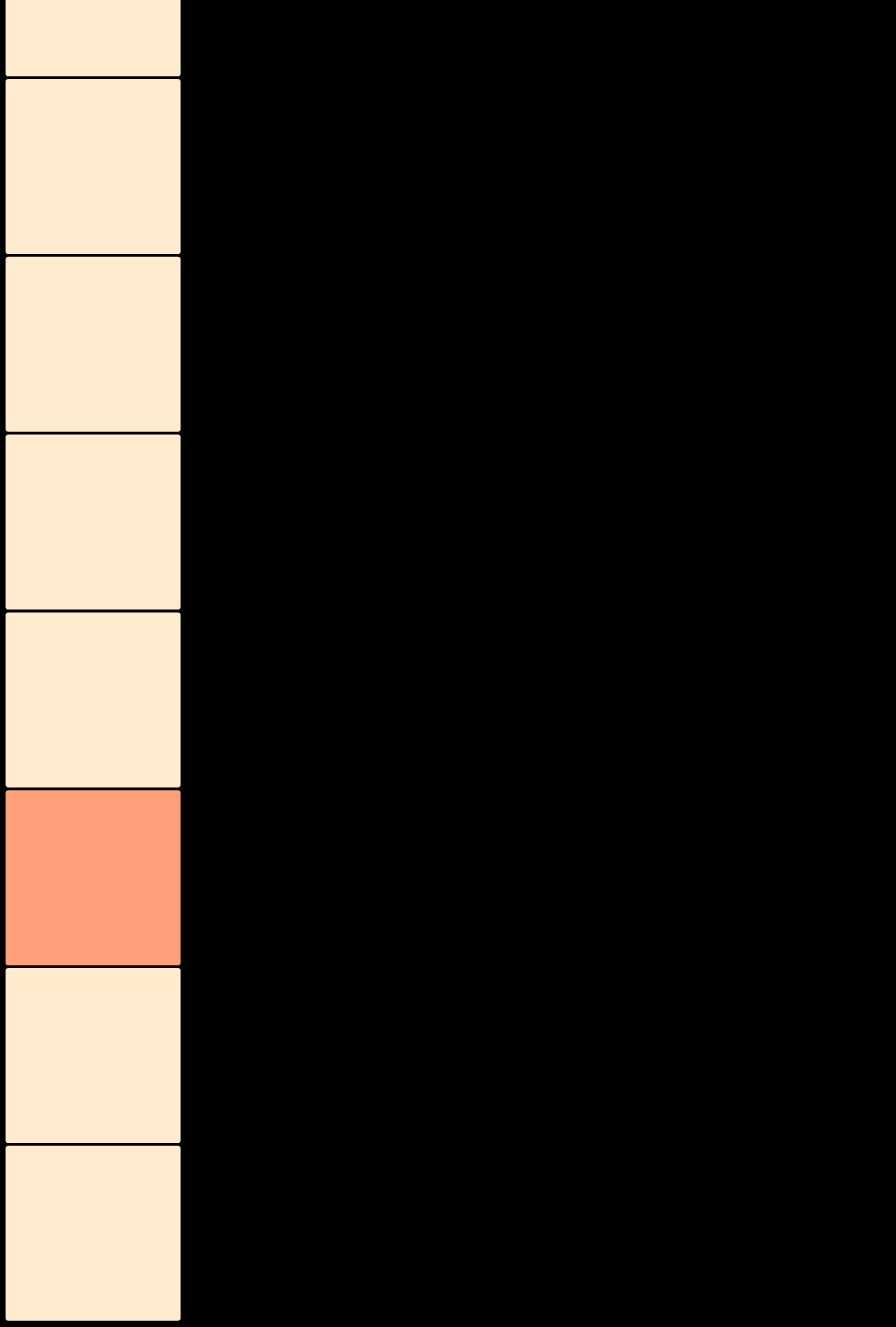
Repository: ggandory/browser101
Page: chapter2/window-coordinates.html
The author's editor kept a copy of each file at every save. The page is drawn from the files as they stood at one save, then again after the next save.
The browser window is 1280 px wide. The pictures show the part of the page from y = 657 to 2577 px (the page is 2552 px tall before and 2577 px after), at 70% of full size.

Above is the page before, as saved 2024-04-02 00:10:06.

### chapter2/window-coordinates.html
<!DOCTYPE html>
<html lang="en">
  <head>
    <meta charset="UTF-8" />
    <meta name="viewport" content="width=device-width, initial-scale=1.0" />
    <title>coordinates</title>
    <style>
      body {
        background-color: black;
        /*overflow: hidden;*/
      }
      div {
        width: 250px;
        height: 250px;
        background-color: blanchedalmond;
        margin-bottom: 4px;
        border-radius: 4px;
      }
      .special {
        background-color: lightsalmon;
      }
    </style>
  </head>
  <body>
    <div></div>
    <div></div>
    <div></div>
    <div></div>
    <div></div>
    <div></div>
    <div></div>
    <div class="special"></div>
    <div></div>
    <div></div>
  </body>
  <script>
    const special = document.querySelector(".special");
    special.addEventListener("click", (event) => {
      const rect = special.getBoundingClientRect();
      console.log(rect);
      console.log(`client: ${event.clientX}, ${event.clientY}`);
      console.log(`page: ${event.pageX}, ${event.pageY}`);
    });
  </script>
</html>

After the next save:
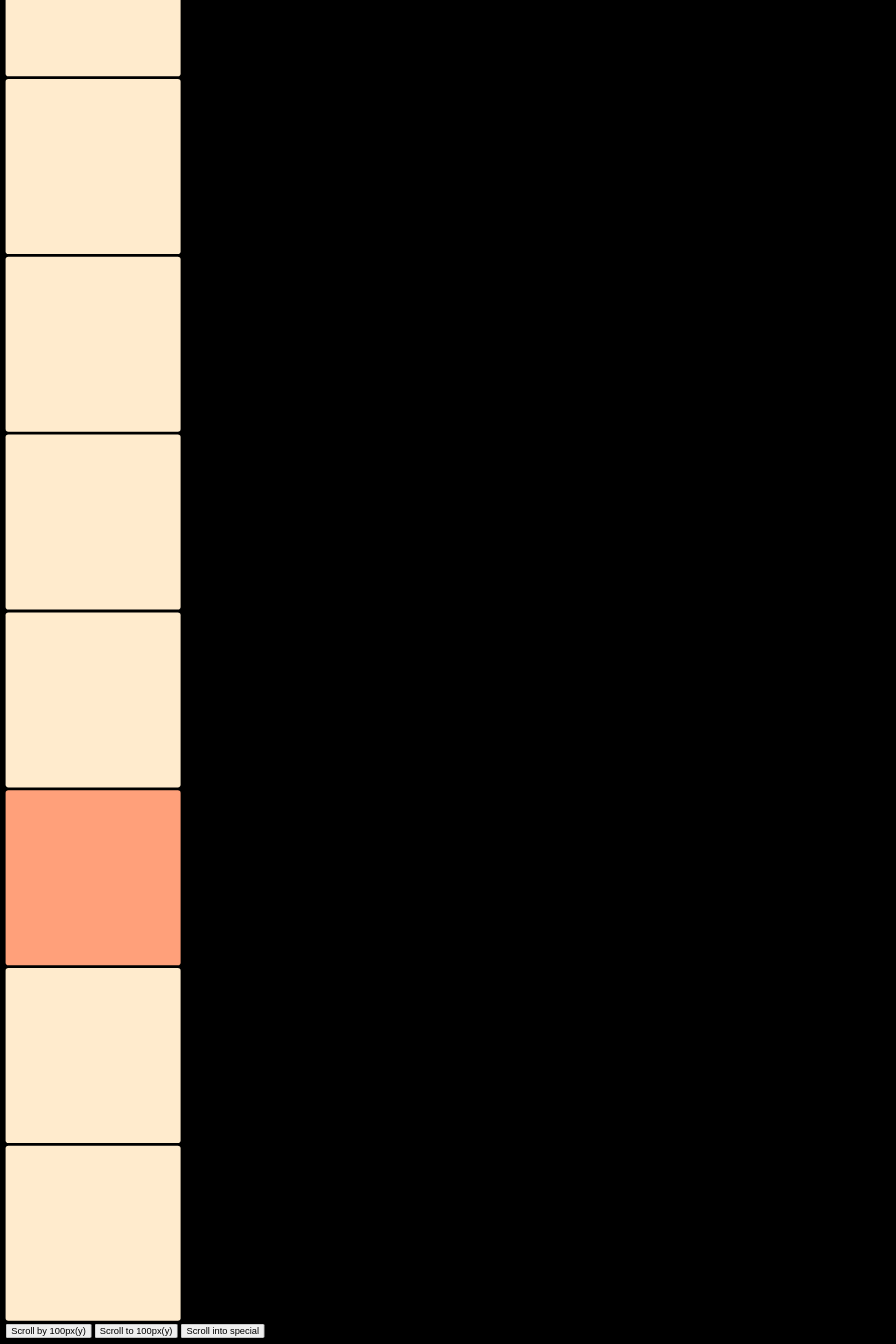
Saved 24 h 10 min later.
--- a/chapter2/window-coordinates.html
+++ b/chapter2/window-coordinates.html
@@ -32,6 +32,11 @@
     <div class="special"></div>
     <div></div>
     <div></div>
+    <aside>
+      <button class="scroll-by">Scroll by 100px(y)</button>
+      <button class="scroll-to">Scroll to 100px(y)</button>
+      <button class="scroll-into">Scroll into special</button>
+    </aside>
   </body>
   <script>
     const special = document.querySelector(".special");
